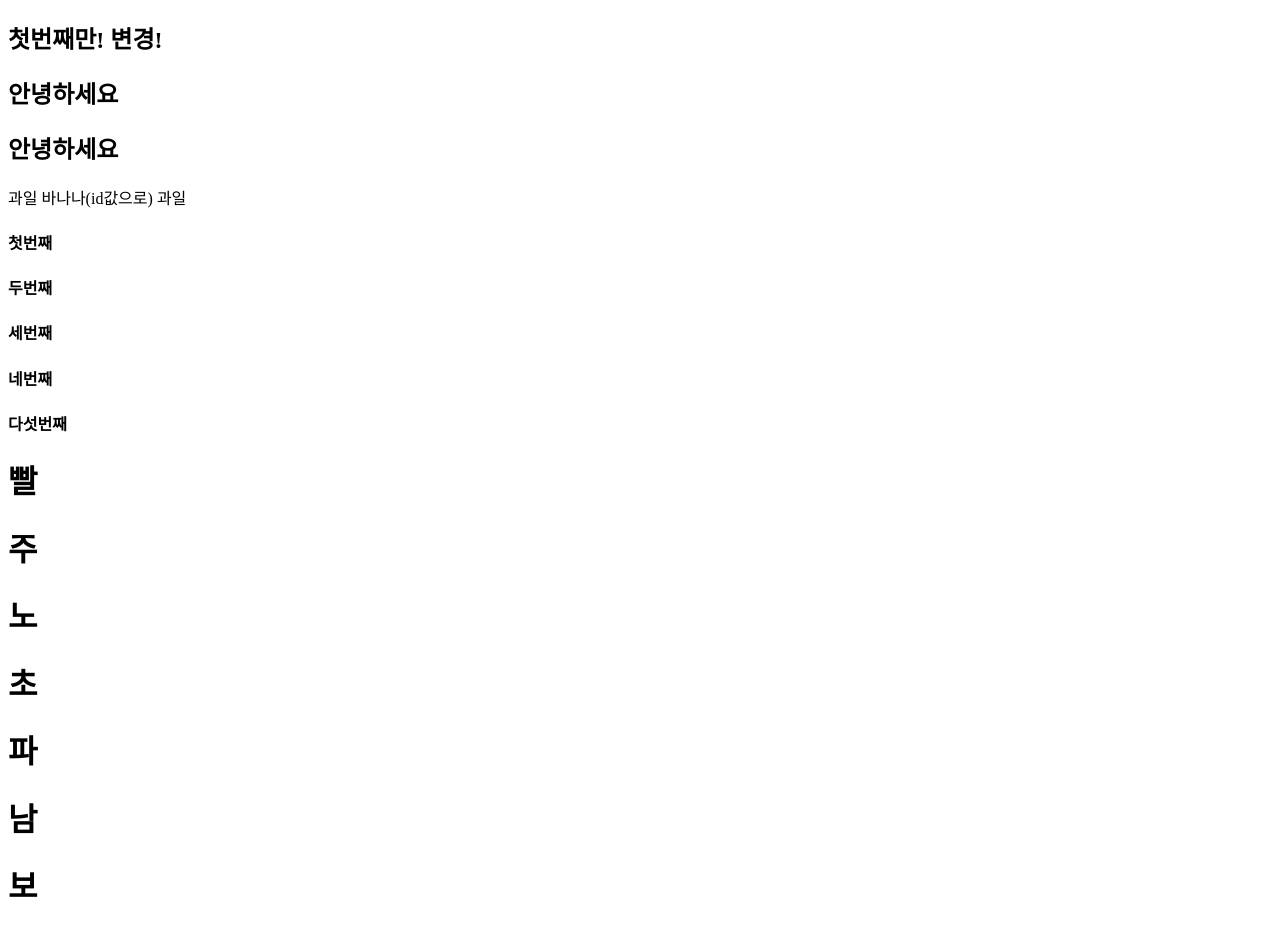
Repository: buildadoor/eclipse
Page: jspexp/src/main/webapp/a01_javascript/a01_basic/a06_dom_Multi.html
The author's editor kept a copy of each file at every save. The page is drawn from the files as they stood at one save, then again after the next save.
The browser window is 1280 px wide. The pictures show the whole page.

Above is the page before, as saved 2022-11-14 03:45:14.

After the next save:
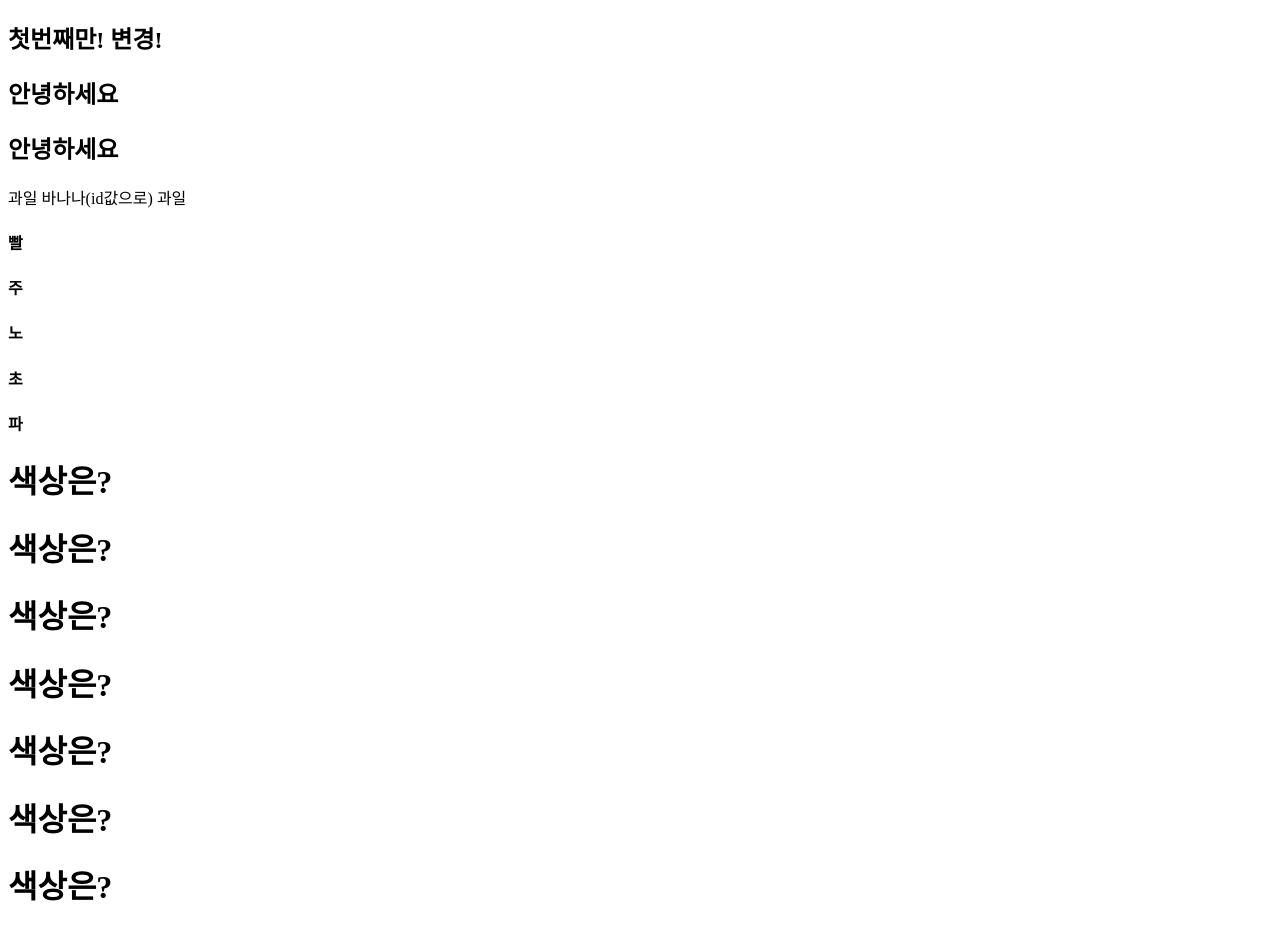
Console error: TypeError: Cannot set properties of undefined (setting 'innerText')
Saved 2 min 33 s later.
--- a/jspexp/src/main/webapp/a01_javascript/a01_basic/a06_dom_Multi.html
+++ b/jspexp/src/main/webapp/a01_javascript/a01_basic/a06_dom_Multi.html
@@ -44,7 +44,7 @@
 	//.클래스 선언된 것도 처리 가능하다.
 	//ex)h1을 선언하고 <h1>색상은? 7개 선언
 	//배열객체로 선언하고, 빨 주 노 초 파 남 보라고 출력되게 처리하세요.
-		var array = document.querySelectorAll("h1")
+		var h1array = document.querySelectorAll("h1")
 		array[0].innerText = "빨"
 		array[1].innerText = "주"
 		array[2].innerText = "노"

After the save that followed:
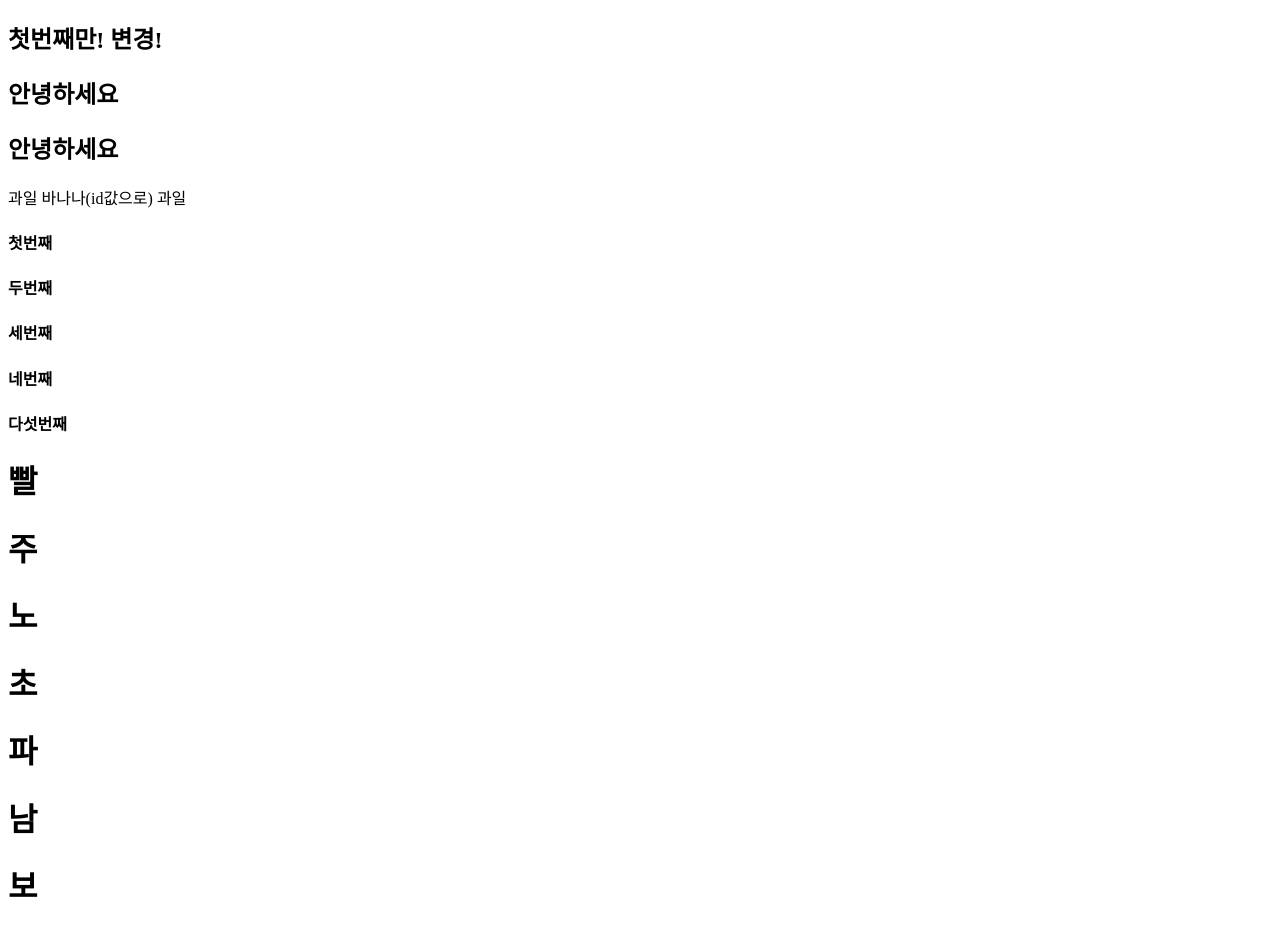
The error is gone.
Saved 37 s later.
--- a/jspexp/src/main/webapp/a01_javascript/a01_basic/a06_dom_Multi.html
+++ b/jspexp/src/main/webapp/a01_javascript/a01_basic/a06_dom_Multi.html
@@ -44,7 +44,8 @@
 	//.클래스 선언된 것도 처리 가능하다.
 	//ex)h1을 선언하고 <h1>색상은? 7개 선언
 	//배열객체로 선언하고, 빨 주 노 초 파 남 보라고 출력되게 처리하세요.
-		var h1array = document.querySelectorAll("h1")
+		var array = document.querySelectorAll("h1")
+		//h1Arry.length:배열의 길이
 		array[0].innerText = "빨"
 		array[1].innerText = "주"
 		array[2].innerText = "노"
